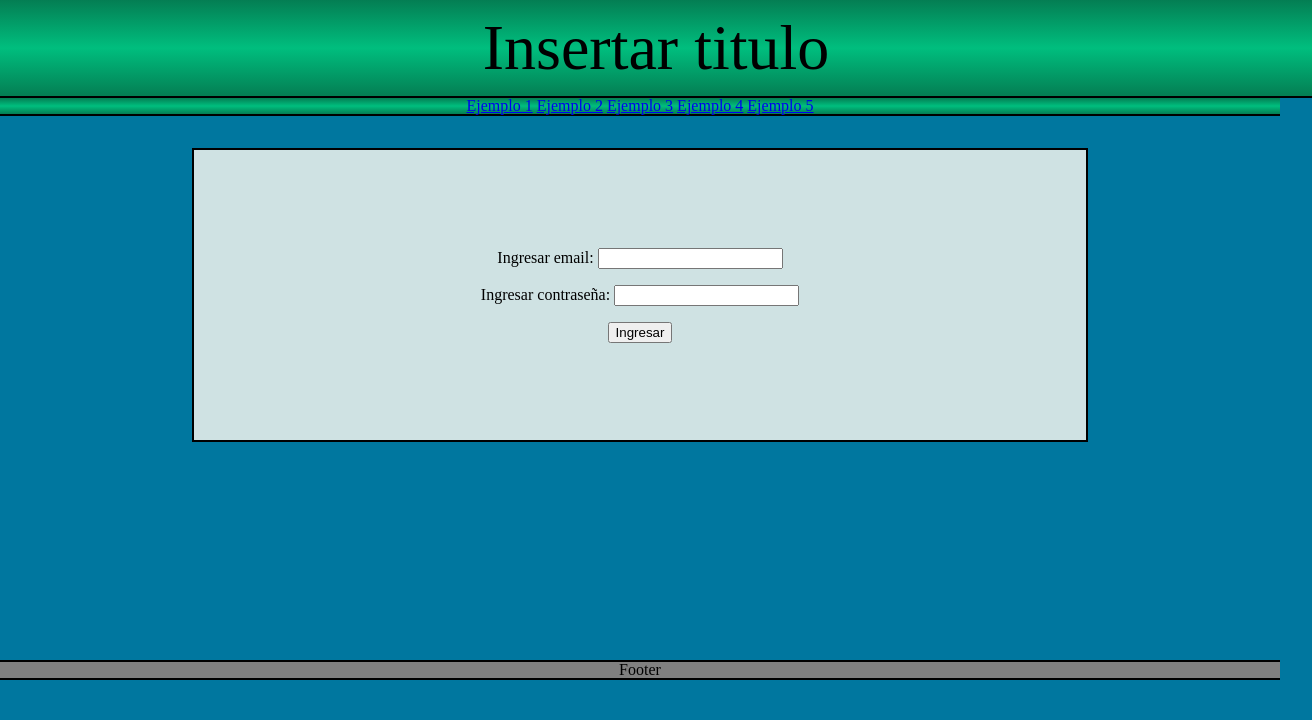
Repository: FacundoKinderknecht/Parcial-2-LPPA
Page: login/login.html
These files come from the project's save history. The page is drawn as it stood at one moment and after the next save; the edit follows.
The browser window is 1280 px wide. The page is 1312 px wide, so the pictures cover 1312 px, including what lies to the right of the window. The pictures show the whole page.

Above is the page before, as saved 2022-07-06 10:30:12.

After the next save:
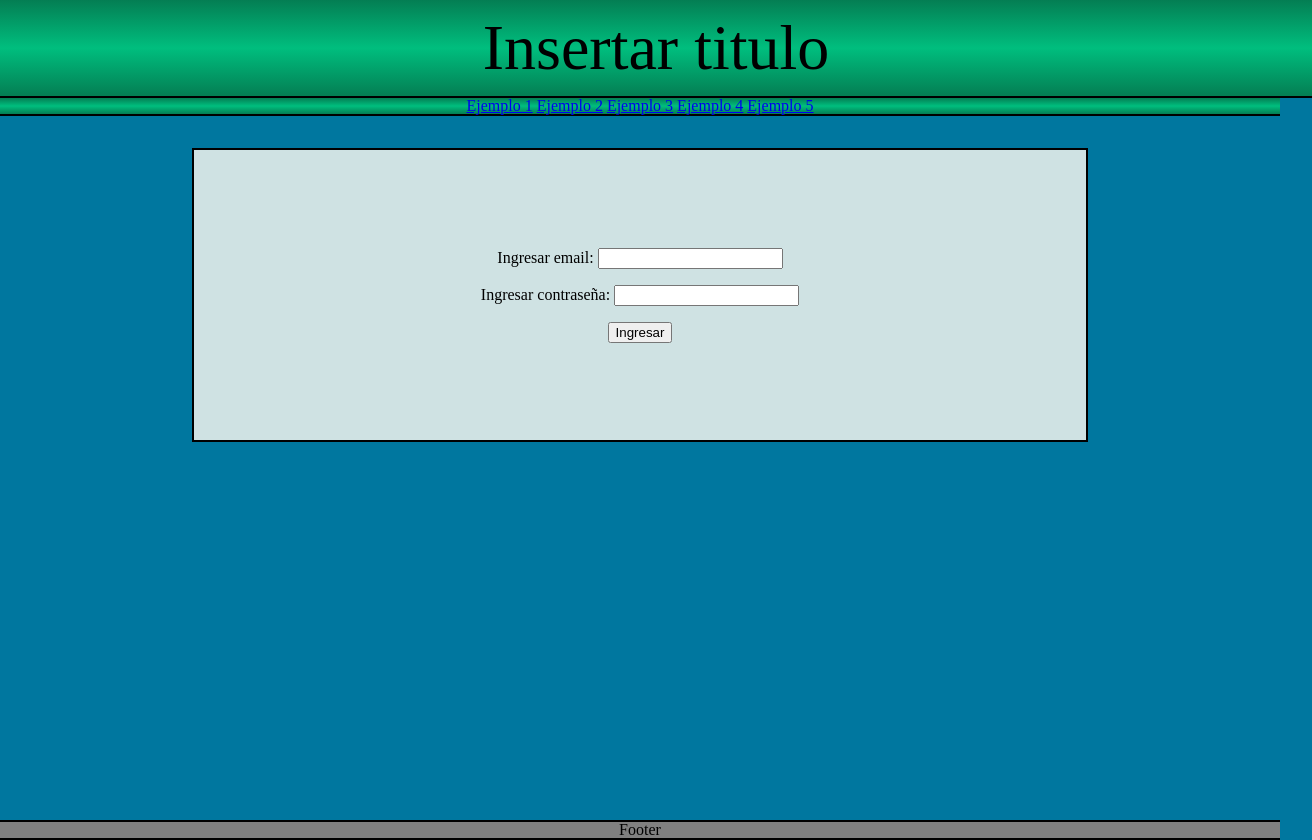
Saved 5 s later.
--- a/login/login.css
+++ b/login/login.css
@@ -27,7 +27,7 @@ main{
     display: inline-block;
     width: 70%;
     padding: 2rem;
-    height: 30rem;
+    height: 40rem;
 }
 form{
     background-color: rgb(207, 226, 227);  border: black solid 2px;
